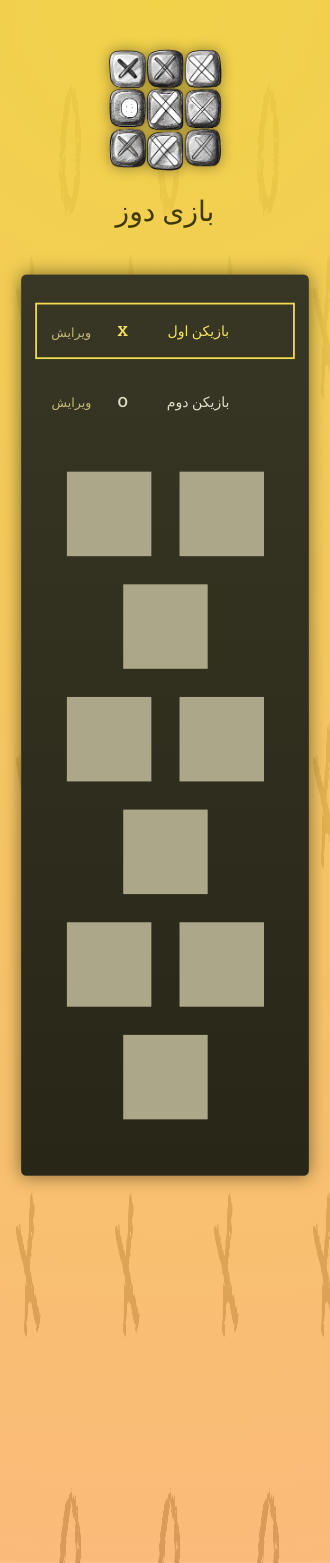
Repository: H-ala/react-tic-toc-toe
Page: /
These files come from the project's save history. The page is drawn as it stood at one moment and after the next save; the edit follows.
The browser window is 375 px wide. The pictures show the whole page, at 88% of full size.
Some web fonts or font styles are not loaded; a fallback is used. The project was rebuilt for these pictures with package versions that can differ from the ones it lists, and the page was loaded fresh each time. Also part of the build but not shown: vite.config.js, src/components/GameOver.jsx.

Above is the page before, as saved 2025-10-21 18:37:23.

### index.html
<!DOCTYPE html>
<html lang="en">
  <head>
    <meta charset="UTF-8" />
    <link rel="icon" type="image/svg+xml" href="/game-logo.png" />
    <meta name="viewport" content="width=device-width, initial-scale=1.0" />
    <title>React Tic-Tac-Toe</title>
  </head>
  <body>
    <header>
      <img src="game-logo.png" alt="main picture">
      <h1>بازی دوز</h1>
    </header>
    <div id="root"></div>
    <script type="module" src="/src/index.jsx"></script>
  </body>
</html>

### src/App.jsx
import { WINNING_COMBINATIONS } from "./winning_combinations.js";
import { useState } from "react";
import GameBoard from "./components/GameBoard.jsx";
import GameOver from "./components/GameOver.jsx";
import Player from "./components/Player.jsx";
import Log from "./components/Log.jsx";

const PLAYERS = {
    X: "بازیکن اول",
    O: "بازیکن دوم",
  }

const INITIAL_GAME_BOARD = [
  [null, null, null],
  [null, null, null],
  [null, null, null],
];

function deriveActivePlayer(gameTurns) {
  let currentPlayer = "X";
  if (gameTurns.length > 0 && gameTurns[0].player === "X") {
    currentPlayer = "O";
  }
  return currentPlayer;
}

function deriveGameBoard(gameTurns) {
  let gameBoard = [...INITIAL_GAME_BOARD.map((innerArray) => [...innerArray])];

  for (const turn of gameTurns) {
    const { square, player } = turn;
    const { row, col } = square;

    gameBoard[row][col] = player;
  }
  return gameBoard
}

function deriveWinner(gameBoard, players) {
  let winner;

  for (const combination of WINNING_COMBINATIONS) {
    const firstSquareSymbol =
      gameBoard[combination[0].row][combination[0].column];
    const secondSquareSymbol =
      gameBoard[combination[1].row][combination[1].column];
    const thirdSquareSymbol =
      gameBoard[combination[2].row][combination[2].column];

    if (
      firstSquareSymbol &&
      firstSquareSymbol === secondSquareSymbol &&
      firstSquareSymbol === thirdSquareSymbol
    ) {
      winner = players[firstSquareSymbol];
    }
  }

  return winner;
}

function App() {
  const [players, setplayers] = useState(PLAYERS);
  const [gameTurns, setGameTurns] = useState([]);

  const activePlayer = deriveActivePlayer(gameTurns);

  const gameBoard = deriveGameBoard(gameTurns);
  const winner = deriveWinner(gameBoard, players);
  const isDraw = gameTurns.length === 9 && !winner;

  function handleSelectSquare(rowIndex, colIndex) {
    setGameTurns((prevTurns) => {
      const currentPlayer = deriveActivePlayer(prevTurns);
      const updatedTurns = [
        {
          square: { row: rowIndex, col: colIndex },
          player: currentPlayer,
        },
        ...prevTurns,
      ];
      return updatedTurns;
    });
  }

  function handlePlayerName(symbol, newName) {
    setplayers((prevPlayers) => {
      return {
        ...prevPlayers,
        [symbol]: newName,
      };
    });
  }

  function handleRestart() {
    setGameTurns([]);
  }
  return (
    <main>
      <div id="game-container">
        <ol id="players" className="highlight-player">
          <Player
            initialName={PLAYERS.X}
            symbol="X"
            isActive={activePlayer === "X"}
            onChangeName={handlePlayerName}
          />
          <Player
            initialName={PLAYERS.O}
            symbol="O"
            isActive={activePlayer === "O"}
            onChangeName={handlePlayerName}
          />
        </ol>
        {(winner || isDraw) && (
          <GameOver winner={winner} onRestart={handleRestart} />
        )}
        <GameBoard onSelectSquare={handleSelectSquare} board={gameBoard} />
      </div>
      <Log turns={gameTurns} />
    </main>
  );
}

export default App;

### src/index.css
@import url("https://fonts.googleapis.com/css2?family=Caprasimo&family=Roboto+Slab:wght@400;700&display=swap");

* {
  box-sizing: border-box;
}

html {
  font-family: "Roboto Slab", sans-serif;
  line-height: 1.5;

  color: #ebe7ef;

  font-synthesis: none;
  text-rendering: optimizeLegibility;
  -webkit-font-smoothing: antialiased;
  -moz-osx-font-smoothing: grayscale;
  -webkit-text-size-adjust: 100%;
}

body {
  background: radial-gradient(
      circle at top,
      rgba(241, 210, 70, 0.98),
      rgba(250, 176, 103, 0.87)
    ),
    url("bg-pattern-dark.png");
  background-repeat: repeat;
  background-size: 100% 100%, 30% 30%, 100% 100%;
  min-height: 110rem;
  direction: rtl;
}

header {
  text-align: center;
}

header img {
  width: 8rem;
  object-fit: contain;
  margin: 3rem auto 1rem auto;
  filter: drop-shadow(0 0 8px rgba(0, 0, 0, 0.4));
}

h1 {
  font-family: "Caprasimo", cursive;
  font-size: 3rem;
  margin: 0 auto 3rem auto;
  color: #3f3b00;
}

#game-container {
  max-width: 45rem;
  margin: 3rem auto;
  padding: 2rem;
  border-radius: 6px;
  background: linear-gradient(#383624, #282617);
  box-shadow: 0 0 20px rgba(0, 0, 0, 0.5);
  position: relative;
}

#players {
  list-style: none;
  padding: 0;
  margin: 1rem 0;
  display: flex;
  justify-content: center;
  align-items: center;
  gap: 2rem;
}

#players li {
  display: flex;
  align-items: center;
  width: 50%;
  border: 2px solid transparent;
}

#players.highlight-player li.active {
  border-color: #f6e35a;
  animation: pulse 2s infinite ease-in-out;
}

#players.highlight-player li.active .player-name,
#players.highlight-player li.active .player-symbol {
  color: #f6e35a;
}

#players button {
  width: 3rem;
  border: none;
  background: none;
  color: #c3ba78;
  font-size: 0.9rem;
  cursor: pointer;
  transition: color 0.2s;
  padding: 0.5rem 0.25rem 0.25rem 0.25rem;
  text-align: center;
}

#players button:hover {
  color: #f8ca31;
}

.player {
  border: 2px solid transparent;
  padding: 0.5rem;
  border-radius: 4px;
  font-weight: bold;
}

.player-name {
  display: inline-block;
  width: 10rem;
  font-size: 1rem;
  color: #e1dec7;
  text-transform: uppercase;
  margin: 0;
  padding: 0.5rem;
  border-radius: 4px;
  text-overflow: ellipsis;
  text-align: center;
}

.player input {
  font: inherit;
  font-size: 1rem;
  width: 10rem;
  border: none;
  padding: 0.5rem;
  animation: pulse-text 2s infinite;
  background-color: #46432f;
  text-align: center;
  text-transform: uppercase;
}

.player-symbol {
  margin-left: 1rem;
  font-size: 1rem;
  color: #e1dec7;
}

ol {
  list-style: none;
  margin: 0;
  padding: 0;
}

/* #pre-game {
  text-align: center;
}

#pre-game button {
  cursor: pointer;
  background: none;
  color: #f8c031;
  border: none;
  font-family: "Caprasimo", cursive;
  font-size: 4rem;
  text-shadow: 0 0 12px rgba(0, 0, 0, 0.7);
  animation: pulse-text-size 2s infinite ease-out;
} */

#game-board {
  display: flex;
  flex-wrap: wrap;
  justify-content: center;
  gap: 2rem;
  margin: 3rem 0;
  padding: 0;
  flex-direction: column;
}

#game-board ol {
  display: flex;
  flex-wrap: wrap;
  justify-content: center;
  gap: 2rem;
  margin: 0;
  padding: 0;
}

#game-board button {
  width: 8rem;
  height: 8rem;
  border: none;
  background: #aca788;
  color: #3f3b00;
  font-size: 5rem;
  cursor: pointer;
  font-family: "Caprasimo", cursive;
  padding: 1rem;
}

#game-over {
  position: absolute;
  top: 0;
  left: 0;
  width: 100%;
  height: 100%;
  display: flex;
  flex-direction: column;
  justify-content: center;
  align-items: center;
  background-color: rgba(40, 38, 23, 0.95);
  animation: pop-in 0.5s cubic-bezier(0.68, -0.55, 0.65, 0.52) forwards;
}

#game-over h2 {
  font-family: "Caprasimo", cursive;
  font-size: 4rem;
  text-align: center;
  color: #fcd256;
  margin: 0;
}

#game-over p {
  font-size: 2rem;
  text-align: center;
  color: #e1dec7;
}

#game-over button {
  display: block;
  margin: 0 auto;
  font-size: 1.5rem;
  background: none;
  border: 2px solid #fcd256;
  color: #fcd256;
  padding: 0.5rem 1rem;
  border-radius: 4px;
  cursor: pointer;
  transition: all 0.2s, color 0.2s;
  box-shadow: 0 0 8px rgba(255, 187, 0, 0.4);
}

#game-over button:hover {
  background: #fcd256;
  color: #3f3b00;
  transform: scale(1.1);
  box-shadow: 0 0 20px rgba(255, 187, 0, 0.8);
}

#log {
  max-width: 20rem;
  color: #3f3b00;
  list-style: none;
  margin: 2rem auto;
  padding: 0;
  text-align: center;
}

#log li {
  border-radius: 4px;
  animation: slide-in-from-left 1s cubic-bezier(0.075, 0.82, 0.165, 1) forwards;
  margin: 0.75rem;
}

#log li.highlighted {
  background-color: #3f3b00;
  color: white;
}

#game-hints {
  text-align: center;
  color: #46432f;
}

#game-hints h2 {
  font-family: "Caprasimo", cursive;
  font-size: 2rem;
  margin: 0;
}

#game-hints ul {
  list-style: none;
  padding: 0;
  margin: 0;
}

#game-hints button {
  cursor: pointer;
  border: none;
  background: transparent;
  color: #23221f;
  font: inherit;
  margin-top: 1.5rem;
}

@keyframes slide-in-from-left {
  0% {
    opacity: 0;
    transform: translateX(-30%);
  }
  100% {
    opacity: 1;
    transform: translateX(0);
  }
}

@keyframes pulse-text {
  0% {
    color: #e1dec7;
  }
  50% {
    color: #9f9d83;
  }
  100% {
    color: #e1dec7;
  }
}

@keyframes pulse-text-size {
  0% {
    transform: scale(1);
  }
  50% {
    transform: scale(1.05);
  }
  100% {
    transform: scale(1);
  }
}

@keyframes pulse {
  0% {
    border-color: #f6e35a;
    box-shadow: 0 0 0 0 rgba(246, 227, 90, 0.4);
  }
  50% {
    border-color: #f8c031;
    box-shadow: 0 0 0 0.5rem rgba(248, 165, 49, 0);
  }
  100% {
    border-color: #f6e35a;
    box-shadow: 0 0 0 0 rgba(246, 227, 90, 0);
  }
}

/* Fancy animation for showing the "Game Over" element */
@keyframes pop-in {
  0% {
    transform: scale(0);
    opacity: 0;
  }
  80% {
    transform: scale(1.1);
    opacity: 1;
  }
  100% {
    transform: scale(1);
  }
}

@media (max-width: 768px) {
  h1 {
    font-size: 2rem;
  }

  #game-container {
    padding: 1rem;
    margin: 1rem;
  }

  #players {
    flex-direction: column;
    gap: 1rem;
  }

  #players li {
    width: 100%;
    align-items: center;
    justify-content: center;
  }

  #game-board button {
    width: 6rem;
    height: 6rem;
    font-size: 3rem;
  }

  #game-over p {
    font-size: 1.2rem;
  }
}
@media (max-width: 480px) {
  h1 {
    font-size: 2rem;
  }

  #game-container {
    padding: 1rem;
    margin: 1rem;
  }

  #players {
    flex-direction: column;
    gap: 1rem;
  }

  #players li {
    width: 100%;
    align-items: center;
    justify-content: center;
  }

  #game-board button {
    width: 6rem;
    height: 6rem;
    font-size: 3rem;
  }

  #game-over p {
    font-size: 1.2rem;
  }
}

### src/winning_combinations.js
export const WINNING_COMBINATIONS = [
  [
    { row: 0, column: 0 },
    { row: 0, column: 1 },
    { row: 0, column: 2 },
  ],
  [
    { row: 1, column: 0 },
    { row: 1, column: 1 },
    { row: 1, column: 2 },
  ],
  [
    { row: 2, column: 0 },
    { row: 2, column: 1 },
    { row: 2, column: 2 },
  ],
  [
    { row: 0, column: 0 },
    { row: 1, column: 0 },
    { row: 2, column: 0 },
  ],
  [
    { row: 0, column: 1 },
    { row: 1, column: 1 },
    { row: 2, column: 1 },
  ],
  [
    { row: 0, column: 2 },
    { row: 1, column: 2 },
    { row: 2, column: 2 },
  ],
  [
    { row: 0, column: 0 },
    { row: 1, column: 1 },
    { row: 2, column: 2 },
  ],
  [
    { row: 0, column: 2 },
    { row: 1, column: 1 },
    { row: 2, column: 0 },
  ],
];

### src/components/Player.jsx
import { useState } from "react";

export default function ({ initialName, symbol, isActive, onChangeName }) {
  const [playerName, setplayerName] = useState(initialName);
  const [isEditting, setIsEditting] = useState(false);

  function handleEditClick() {
    setIsEditting((editting) => !editting);
    if (isEditting) {
      onChangeName(symbol, playerName);
    }
  }

  function handleChange(event) {
    setplayerName(event.target.value);
  }

  let edittablePlayerName = <span className="player-name">{playerName}</span>;
  if (isEditting) {
    edittablePlayerName = (
      <input type="text" required value={playerName} onChange={handleChange} />
    );
  }
  return (
    <li className={isActive ? "active" : undefined}>
      <span className="player">
        {edittablePlayerName}
        <span className="player-symbol">{symbol}</span>
      </span>
      <button onClick={handleEditClick}>{isEditting ? "ذخیره" : "ویرایش"} </button>
    </li>
  );
}

### src/components/Log.jsx
export default function Log({ turns }) {
  return (
    <ol id="log">
      {turns.map((turn) => (
        <li key={`${turn.square.row}${turn.square.col}`}>
          {turn.player} ردیف {turn.square.row + 1} و ستون {turn.square.col + 1}{" "}
          را انتخاب کرد
        </li>
      ))}
    </ol>
  );
}

Loaded but not shown: src/index.jsx (common file); src/components/GameBoard.jsx (common file)

After the next save:
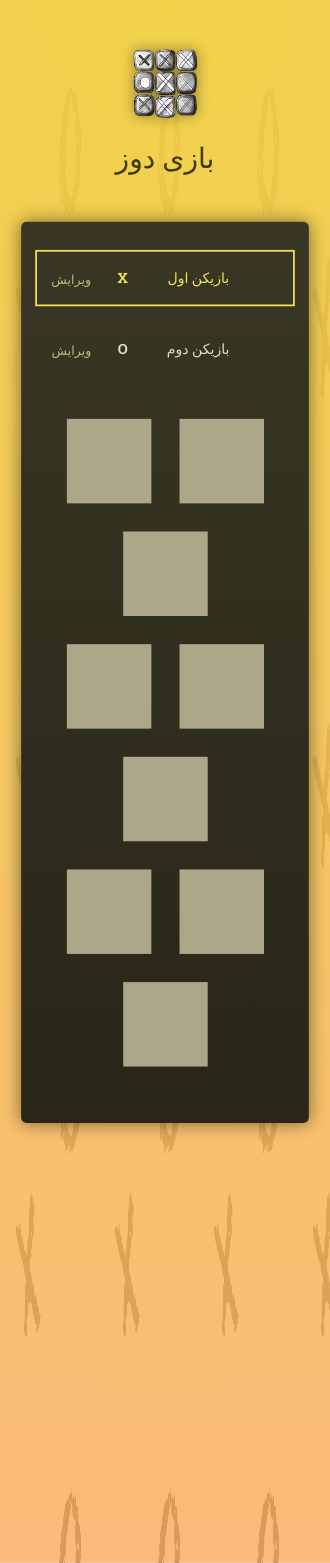
Saved 44 s later.
--- a/src/index.css
+++ b/src/index.css
@@ -383,6 +383,10 @@ ol {
   }
 }
 @media (max-width: 480px) {
+  header img {
+    width: 4.5rem;
+  }
+
   h1 {
     font-size: 2rem;
   }
